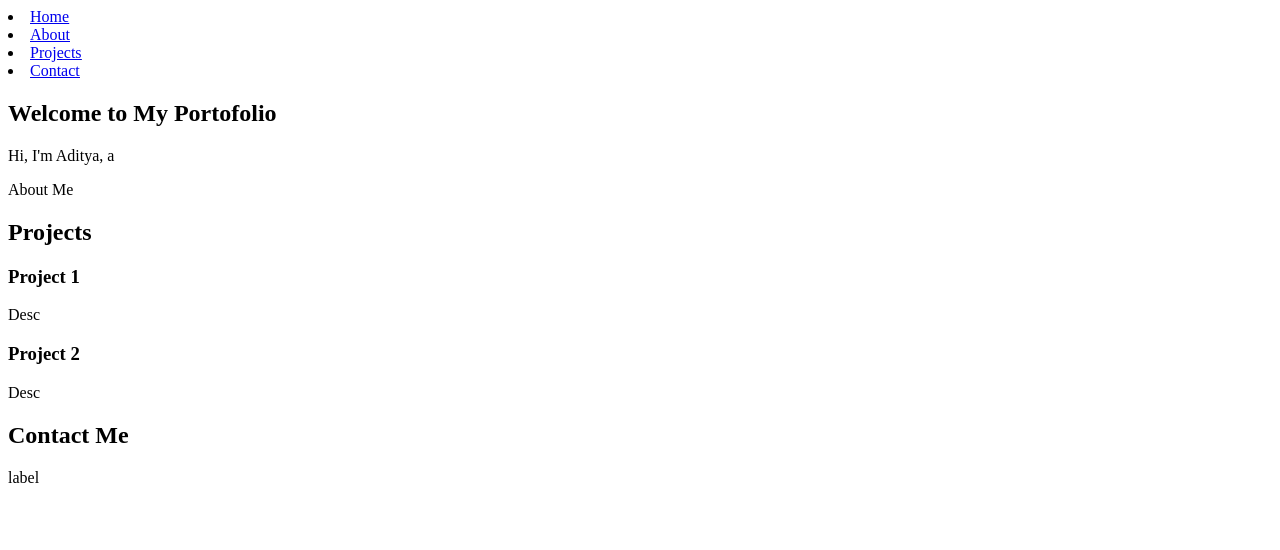
Repository: 4Kbrain/Portofolio
Page: index.html
An editor plug-in stored every save of this project. The page is shown before and after the next save, followed by the edit.
The browser window is 1280 px wide. The pictures show the whole page.

Above is the page before, as saved 2024-05-15 07:32:22.

### index.html
<!DOCTYPE html>
<html lang="en">
<head>
    <meta charset="UTF-8">
    <meta name="viewport" content="width=device-width, initial-scale=1.0">
    <title>My Portofolio</title>
</head>
<body>
    <header>
        <nav>
            <u>
                <li><a href="#home">Home</a></li>
                <li><a href="#about">About</a></li>
                <li><a href="#projects">Projects</a></li>
                <li><a href="#contact">Contact</a></li>
            </u>
        </nav>
    </header>

<section id="home">
    <h1>Welcome to My Portofolio</h1>
    <p>Hi, I'm Aditya, a </p>
</section>

<section id="about">
    <p>About Me</p>
    <p></p>
</section>

<section id="projects">
    <h2>Projects</h2>
    <div class="project">
        <h3>Project 1</h3>
        <p>Desc</p>
    </div>
    <div class="project">
        <h3>Project 2</h3>
        <p>Desc</p>
    </div>
</section>

<section id="contact">
    <h2>Contact Me</h2>
    <form action="" id="contact-form">
        label
    </form>
</section>
</body>
</html>

After the next save:
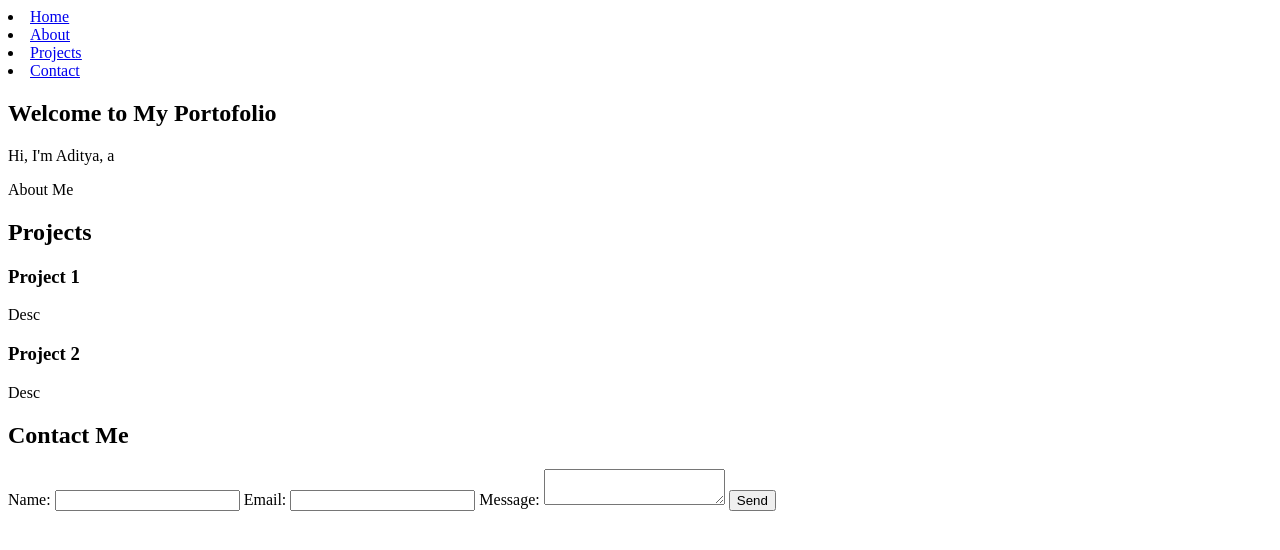
Saved 6 s later.
--- a/index.html
+++ b/index.html
@@ -42,7 +42,16 @@
 <section id="contact">
     <h2>Contact Me</h2>
     <form action="" id="contact-form">
-        label
+        <label for="name">Name:</label>
+            <input type="text" id="name" name="name" required>
+
+            <label for="email">Email:</label>
+            <input type="email" id="email" name="email" required>
+
+            <label for="message">Message:</label>
+            <textarea id="message" name="message" required></textarea>
+
+            <button type="submit">Send</button>
     </form>
 </section>
 </body>
